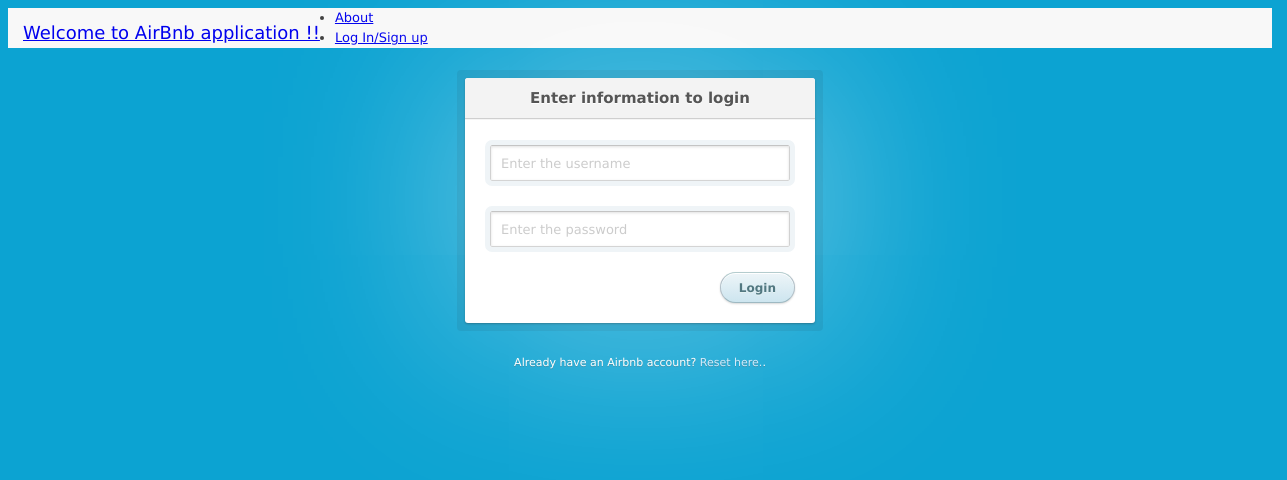
Repository: ShwetaV-Dev/gl-capstoneproject
Page: http://localhost/login
The author's editor kept a record of every edit. The page is drawn from the files as they stood at one moment, then again after the next edit.
The browser window is 1280 px wide. The page is 1287 px wide, so the pictures cover 1287 px, including what lies to the right of the window. The pictures show the whole page.
The page is served by the project's Node server (app.js).

Above is the page before.

After the next edit:
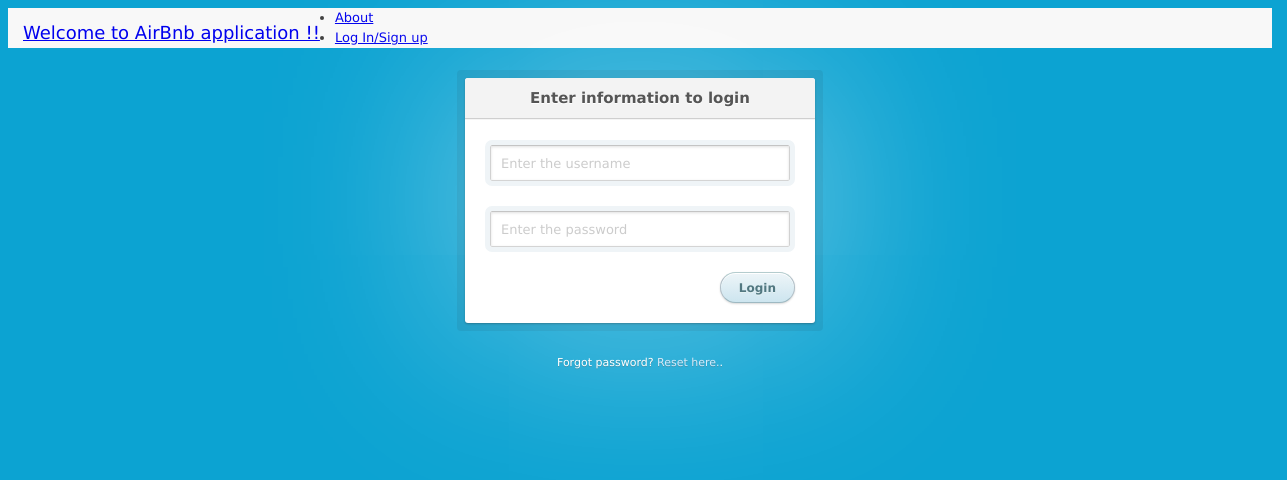
The edit:
--- a/views/login.ejs
+++ b/views/login.ejs
@@ -9,7 +9,7 @@
 </div>
 
 <div class="login-help">
-  <p>Already have an Airbnb account? <a href="#">Reset here.</a>.</p>
+  <p>Forgot password? <a href="#">Reset here.</a>.</p>
 </div>
 
 <% include _footer %>
